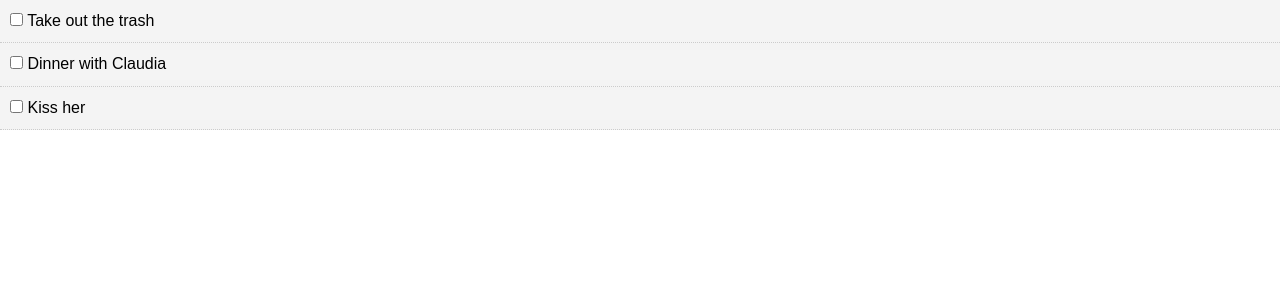
Repository: konstantin0s/todo-react
Page: /
The author's editor kept a copy of each file at every save. The page is drawn from the files as they stood at one save, then again after the next save.
The browser window is 1280 px wide. The pictures show the whole page.
The project was rebuilt for these pictures with package versions that can differ from the ones it lists, and the page was loaded fresh each time.

Above is the page before, as saved 2019-03-09 15:53:48.

### public/index.html
<!DOCTYPE html>
<html lang="en">
  <head>
    <meta charset="utf-8" />
    <link rel="shortcut icon" href="%PUBLIC_URL%/favicon.ico" />
    <meta
      name="viewport"
      content="width=device-width, initial-scale=1, shrink-to-fit=no"
    />
    <meta name="theme-color" content="#000000" />

    <link rel="manifest" href="%PUBLIC_URL%/manifest.json" />

    <title>ToDoList</title>
  </head>
  <body>
    <noscript>You need to enable JavaScript to run this app.</noscript>
    <div id="root"></div>

  </body>
</html>

### src/App.js
import React, { Component } from 'react';
import Todos from './components/Todos';
import './App.css';

class App extends Component {
  state = {
    todos: [
      {
        id: 1,
        title: 'Take out the trash',
        completed: false
      },
      {
        id: 2,
        title: 'Dinner with Claudia',
        completed: false
      },
      {
        id: 3,
        title: 'Kiss her',
        completed: false
      }
    ]
  }

  //Toggle complete
  markComplete = (id) => {
    this.setState( { todos: this.state.todos.map(todo => {
      if(todo.id === id) {
            todo.completed = !todo.completed
      }
      return todo;
    }) } );
 }

  render() {
    console.log(this.state.todos);
    return (
      <div className="App">
        <Todos todos={this.state.todos} markComplete={this.markComplete}/>
      </div>
    );
  }
}

export default App;

### src/components/Todos.js
import React, { Component } from 'react';
import TodoItem from './TodoItem';
import PropTypes from 'prop-types';


class Todos extends Component {


  render() {
    return this.props.todos.map((todo) => (
      <TodoItem key={todo.id} todo={todo} markComplete=
      {this.props.markComplete} />
    ));
  }
}
//Proptypes
Todos.propTypes = {
  todos: PropTypes.array.isRequired
}

export default Todos;

### src/components/TodoItem.js
import React, { Component } from 'react';
import PropTypes from 'prop-types';

class TodoItem extends Component {

  getStyle = () => {
    return  {
      background: '#f4f4f4',
      padding: '10px',
      borderBottom: '1px #ccc dotted',
      textDecoration: this.props.todo.completed ?
      'line-through' : 'none'
    }
  }

  render() {
    const { id, title } = this.props.todo;
    return (
   <div style={this.getStyle()}>
     <p>
       <input type="checkbox" onChange={this.props.markComplete.bind
      (this, id)}/> { '' }
     {title}
     </p>
   </div>
    )
  }
}

TodoItem.propTypes = {
  todo: PropTypes.object.isRequired
}

// const itemStyle = {
//   backgroundColor: '#f4f4f4'
// }

export default TodoItem;

Loaded but not shown: src/index.js (common file); src/App.css (common file)

After the next save:
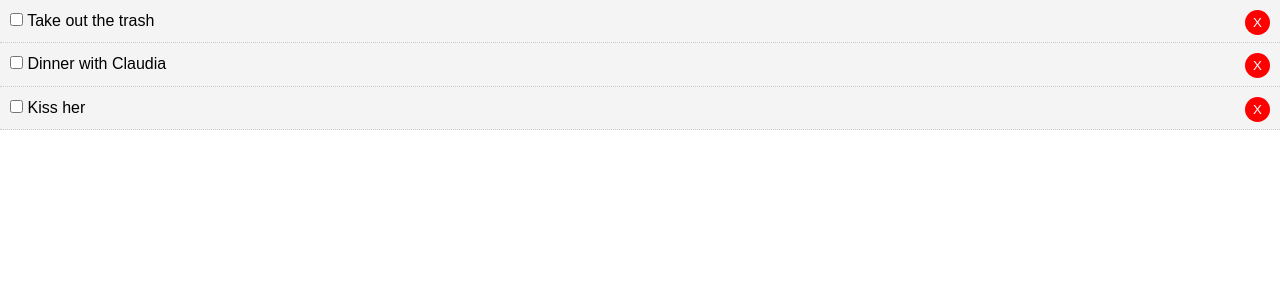
Saved 2 min 29 s later.
--- a/src/components/TodoItem.js
+++ b/src/components/TodoItem.js
@@ -20,7 +20,8 @@ class TodoItem extends Component {
      <p>
        <input type="checkbox" onChange={this.props.markComplete.bind
       (this, id)}/> { '' }
-     {title}
+     { title }
+     <button style={btnStyle}>X</button>
      </p>
    </div>
     )
@@ -31,8 +32,14 @@ TodoItem.propTypes = {
   todo: PropTypes.object.isRequired
 }
 
-// const itemStyle = {
-//   backgroundColor: '#f4f4f4'
-// }
+const btnStyle = {
+  backgroundColor: '#ff0000',
+  color: '#fff',
+  border: 'none',
+  padding: '5px 8px',
+  borderRadius: '50%',
+  cursor: 'pointer',
+  float: 'right'
+}
 
 export default TodoItem;
